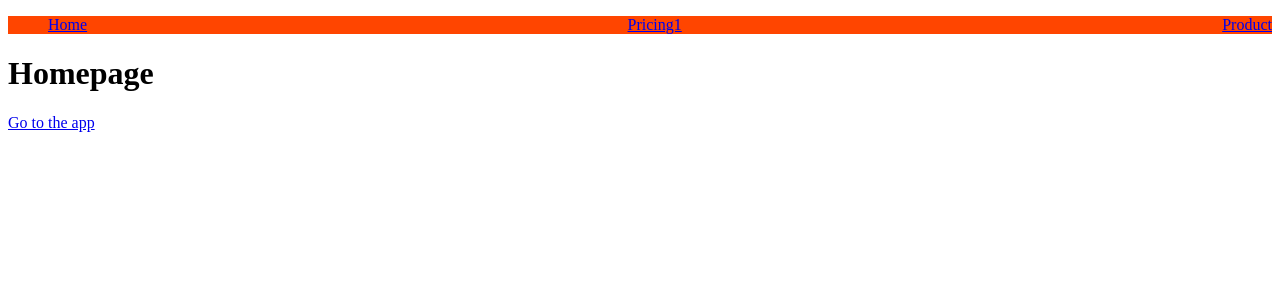
Repository: echoyol/worldwise
Page: /
The author's editor kept a copy of each file at every save. The page is drawn from the files as they stood at one save, then again after the next save.
The browser window is 1280 px wide. The pictures show the whole page.
The project was rebuilt for these pictures with package versions that can differ from the ones it lists, and the page was loaded fresh each time. Also part of the build but not shown: vite.config.js, src/pages/Product.jsx, src/pages/PageNotFound.jsx, src/pages/Pricing.jsx, src/pages/AppLayout.jsx.

Above is the page before, as saved 2023-07-16 11:32:03.

After the next save:
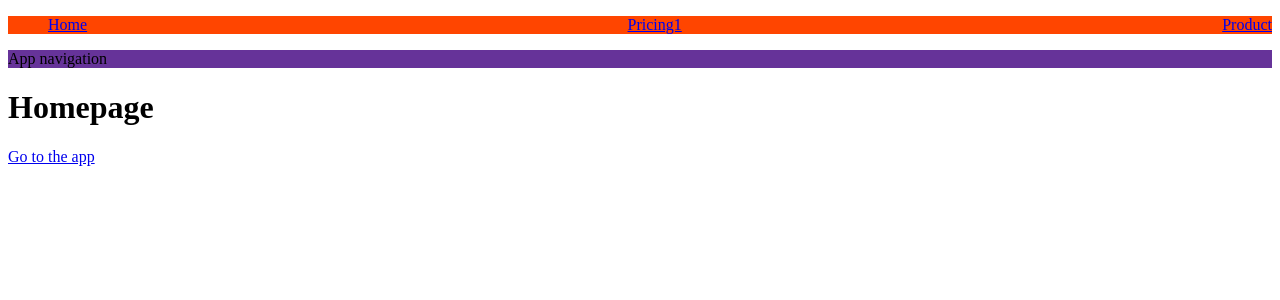
Saved 74 s later.
--- a/src/pages/Homepage.jsx
+++ b/src/pages/Homepage.jsx
@@ -1,11 +1,13 @@
 import React from 'react'
 import { Link } from 'react-router-dom'
 import PageNav from '../components/PageNav'
+import AppNav from '../components/AppNav'
 
 function Homepage() {
   return (
     <div>
       <PageNav />
+      <AppNav />
       <h1>Homepage</h1>
       <Link to='/app'>Go to the app</Link>
     </div>
